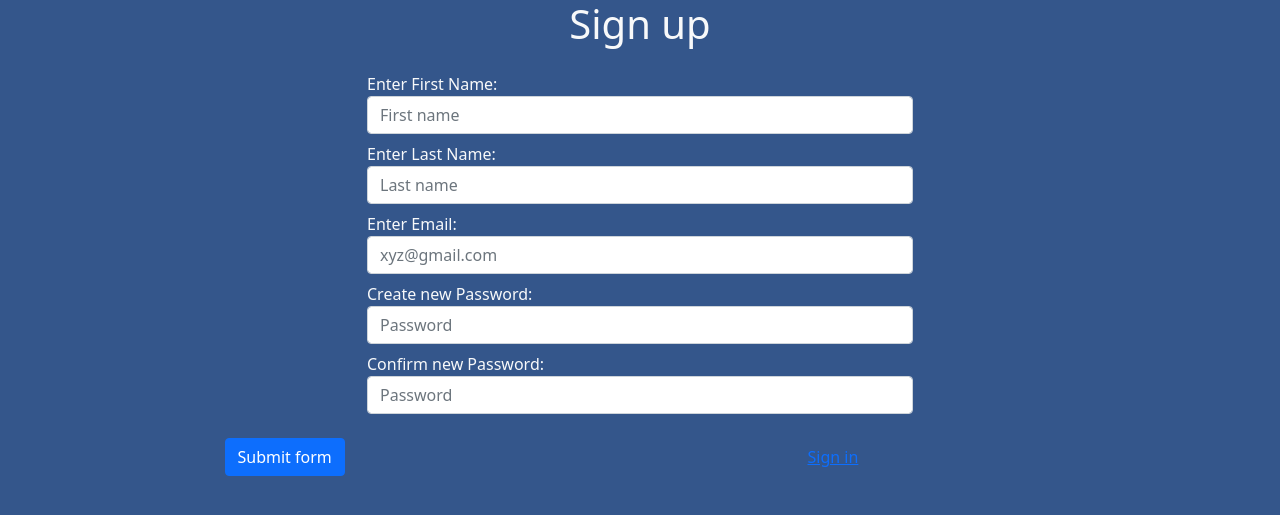
Repository: paresh-art/MyWebsite
Page: http://localhost/com.website/index.jsp
An editor plug-in stored every save of this project. The page is shown before and after the next save, followed by the edit.
The browser window is 1280 px wide. The pictures show the whole page.
The page is served by Tomcat 9.

Above is the page before, as saved 2022-11-07 15:16:32.

After the next save:
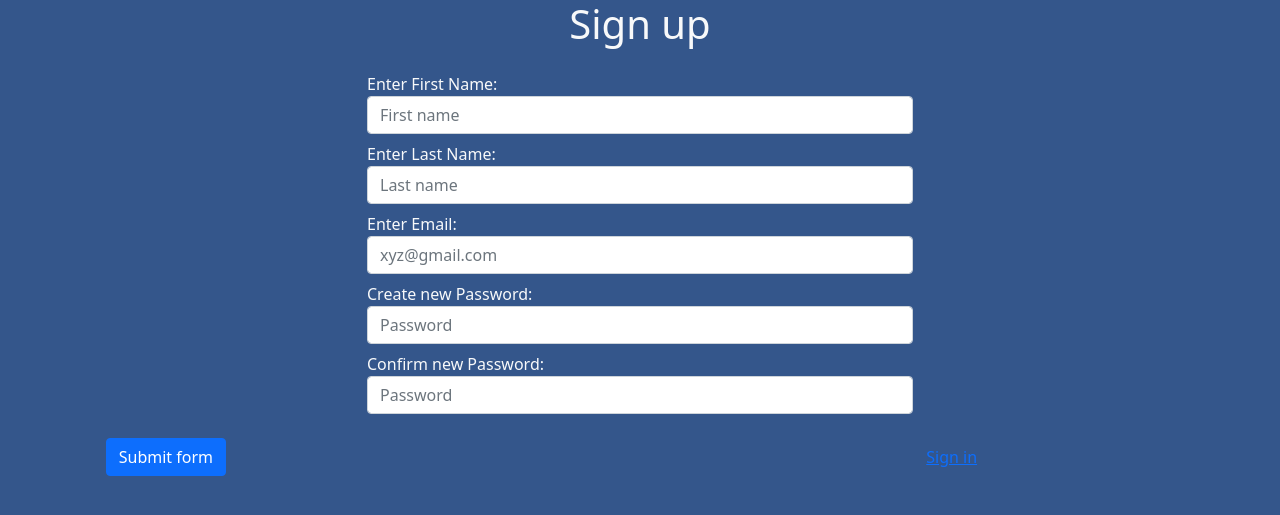
Saved 46 s later.
--- a/com.website/src/main/webapp/index.jsp
+++ b/com.website/src/main/webapp/index.jsp
@@ -53,7 +53,7 @@
 			</div>
 			<br>
 			<div class="row">
-				<div class="col-lg-3 col-md-8 col-sm-12 mx-auto text-ligh offset-6">
+				<div class="col-lg-8 col-md-8 col-sm-12 mx-auto text-light">
 					<button class="btn btn-primary " type="submit">Submit form</button>
 				</div>
 				<div class="col-lg-3 col-md-8 col-sm-12 mx-auto text-light">
